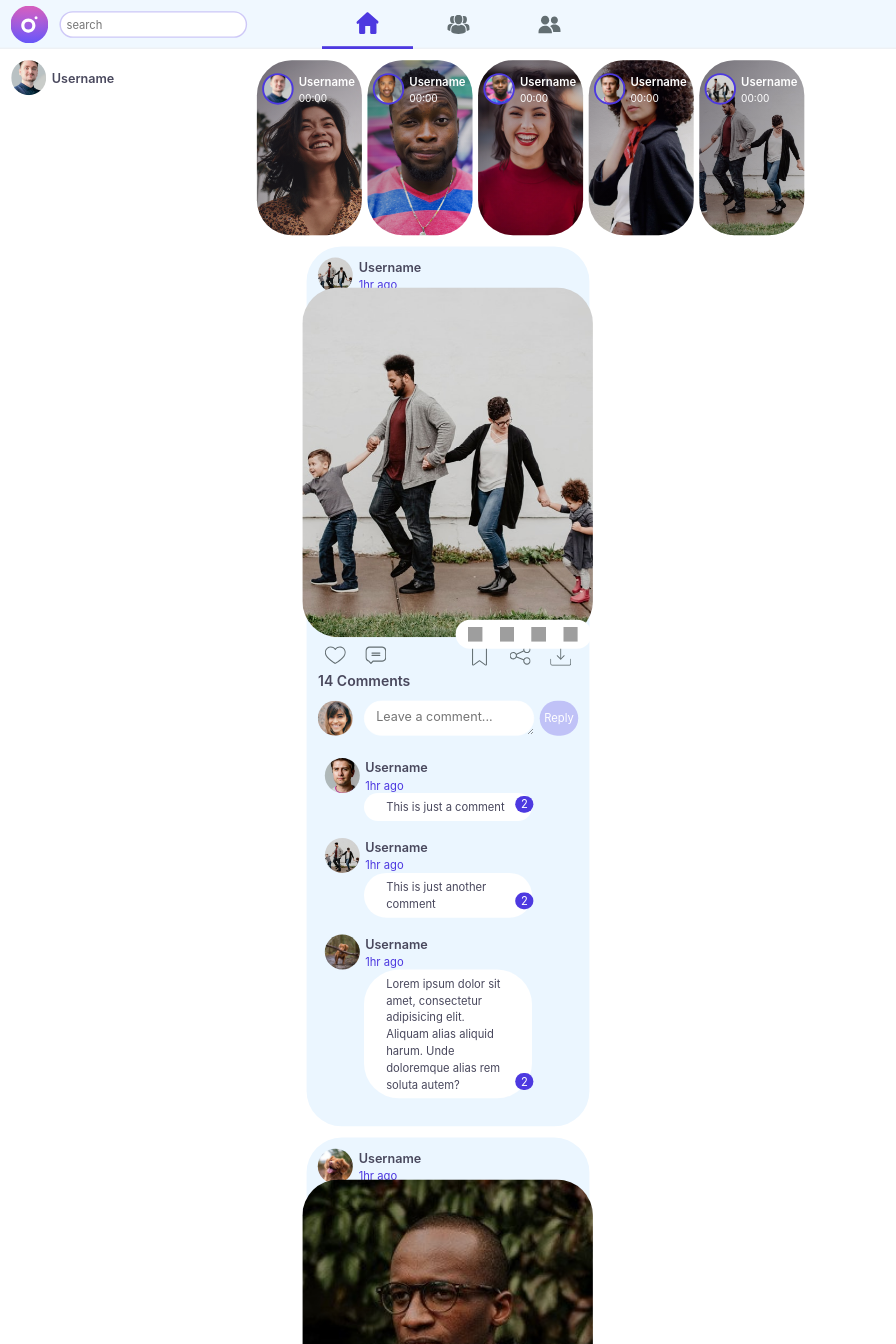
Repository: Flovet-stack/memic
Page: home.html
An editor plug-in stored every save of this project. The page is shown before and after the next save, followed by the edit.
The browser window is 1280 px wide. The pictures show the part of the page from y = 0 to 1920 px (the page is 3254 px tall), at 70% of full size.
Pictures or frames that could not be fetched are drawn as grey boxes. Some web fonts or font styles are not loaded; a fallback is used.

Above is the page before, as saved 2020-10-17 19:34:57.
Console error: TypeError: Cannot read properties of undefined (reading 'fn')

After the next save:
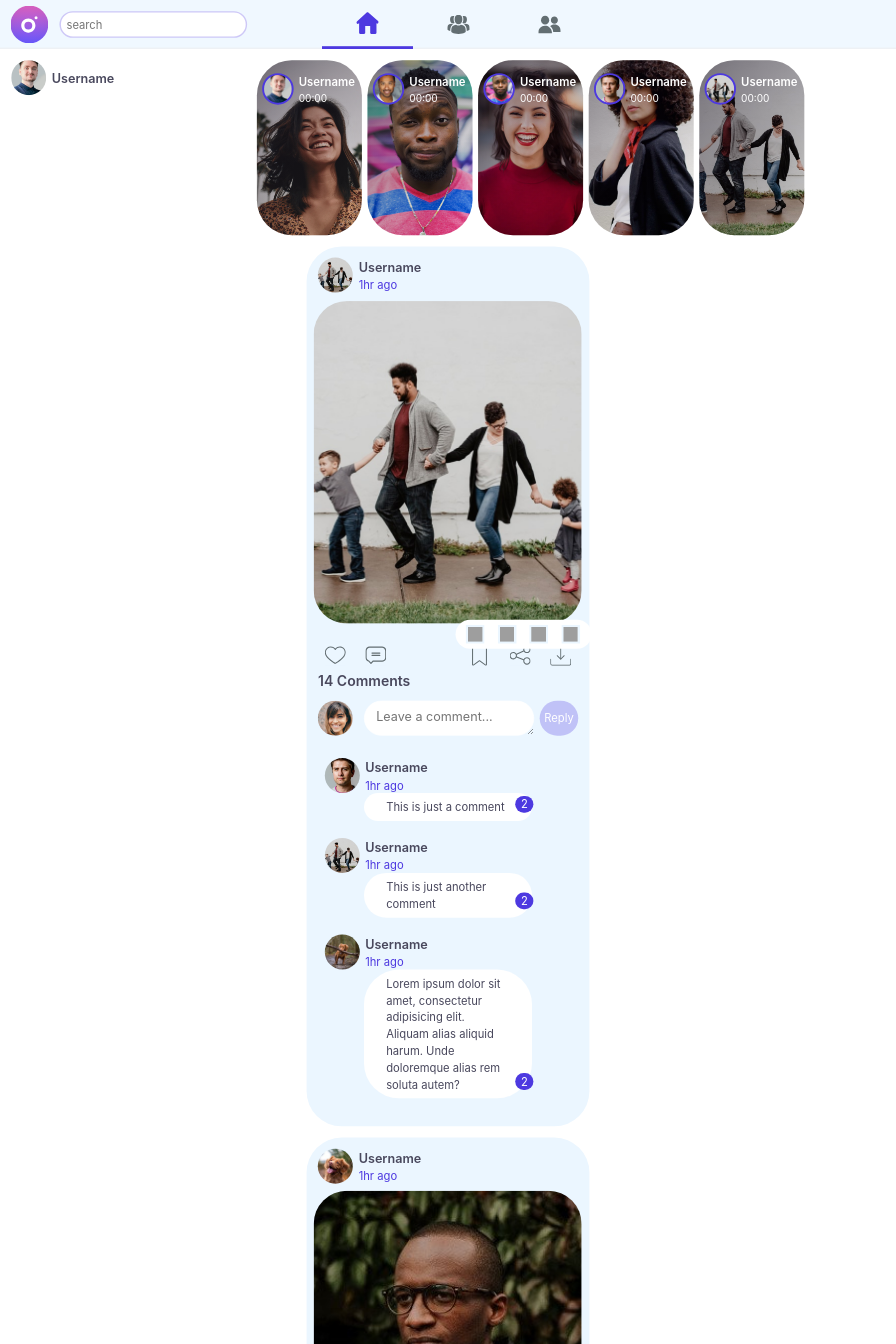
Saved 28 s later.
--- a/css/post-card.css
+++ b/css/post-card.css
@@ -14,13 +14,10 @@
 } */
 .post-card img {
     width: 100%;
-    /* background-color: var(--transparent-overlay); */
-    /* transform: scale(.95); */
-    /* border-radius: var(--border-radius); */
-    /* margin: var(--padding-2) 0; */
+    background-color: var(--transparent-overlay);
 }
 .post-img {
-    transform: scale(1.03);
+    transform: scale(.95);
     border-radius: var(--border-radius) !important;
 }
 .post-card-footer {
